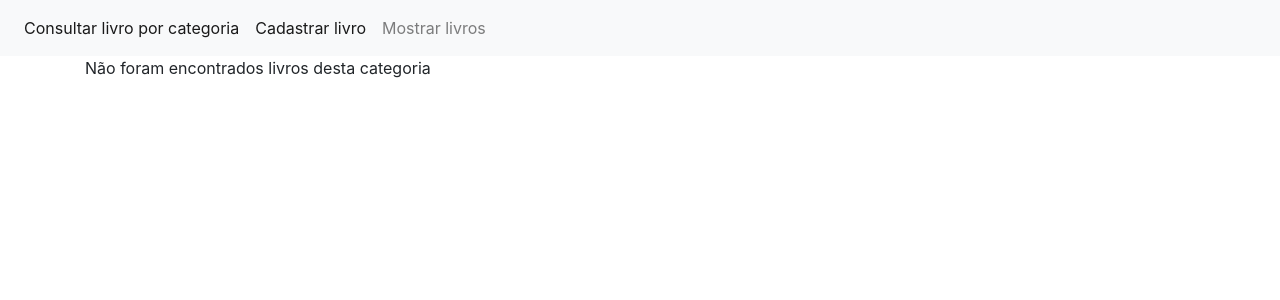
Repository: SrtaVerdant/projeto-livraria
Page: http://localhost/ProjetoLivraria/consultaLivroPorCategoria.jsp
The author's editor kept a copy of each file at every save. The page is drawn from the files as they stood at one save, then again after a run of saves.
The browser window is 1280 px wide. The pictures show the whole page.
Some web libraries are served in a nearby version. The page is served by Tomcat 9. Queries for data that is not in the repository find no rows.

Above is the page before, as saved 2022-10-29 23:56:06.

After the next 2 saves:
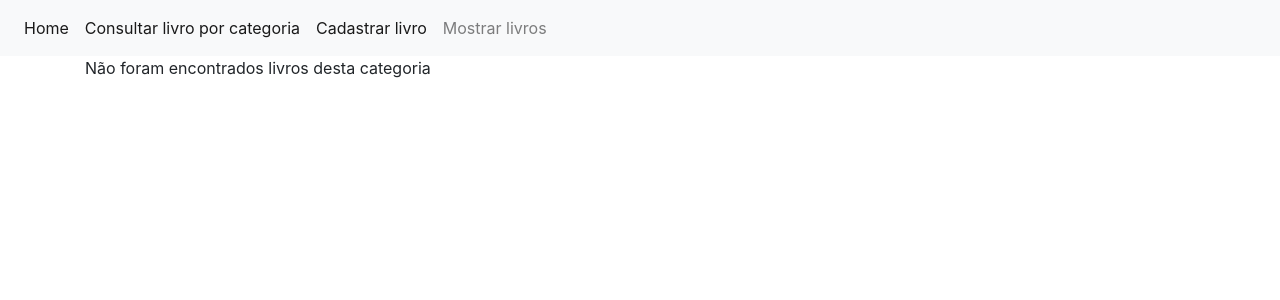
The 2 saves are shown as one change because they came seconds apart.
The last was saved 5 s later.
--- a/ProjetoLivraria/src/main/webapp/consultaLivroPorCategoria.jsp
+++ b/ProjetoLivraria/src/main/webapp/consultaLivroPorCategoria.jsp
@@ -14,21 +14,24 @@
 		<script src="https://cdn.jsdelivr.net/npm/bootstrap@4.0.0/dist/js/bootstrap.min.js" integrity="sha384-JZR6Spejh4U02d8jOt6vLEHfe/JQGiRRSQQxSfFWpi1MquVdAyjUar5+76PVCmYl" crossorigin="anonymous"></script>
 	</head>
 	<body>
-	<nav class="navbar navbar-expand-lg navbar-light bg-light">
-	  <div class="collapse navbar-collapse" id="navbarNav">
-	    <ul class="navbar-nav">
-	   		<li class="nav-item active">
-	        <a class="nav-link" href="listaLivroPorCategoria.jsp">Consultar livro por categoria <span class="sr-only">(current)</span></a>
-	      </li>
-	      <li class="nav-item active">
-	        <a class="nav-link" href="#">Cadastrar livro <span class="sr-only">(current)</span></a>
-	      </li>
-	      <li class="nav-item">
-	        <a class="nav-link" href="#">Mostrar livros</a>
-	      </li>
-	    </ul>
-	  </div>
-	</nav>
+		<nav class="navbar navbar-expand-lg navbar-light bg-light">
+		  <div class="collapse navbar-collapse" id="navbarNav">
+		    <ul class="navbar-nav">
+		    <li class="nav-item active">
+			        <a class="nav-link" href="index.jsp">Home <span class="sr-only">(current)</span></a>
+			     </li>
+		   		<li class="nav-item active">
+		        <a class="nav-link" href="listaLivroPorCategoria.jsp">Consultar livro por categoria <span class="sr-only">(current)</span></a>
+		      </li>
+		      <li class="nav-item active">
+		        <a class="nav-link" href="#">Cadastrar livro <span class="sr-only">(current)</span></a>
+		      </li>
+		      <li class="nav-item">
+		        <a class="nav-link" href="#">Mostrar livros</a>
+		      </li>
+		    </ul>
+		  </div>
+		</nav>
 
 		<%@page import="com.livraria.bean.*, com.livraria.dao.*" %>
 		<%@ taglib uri="http://java.sun.com/jsp/jstl/core" prefix="c" %>
